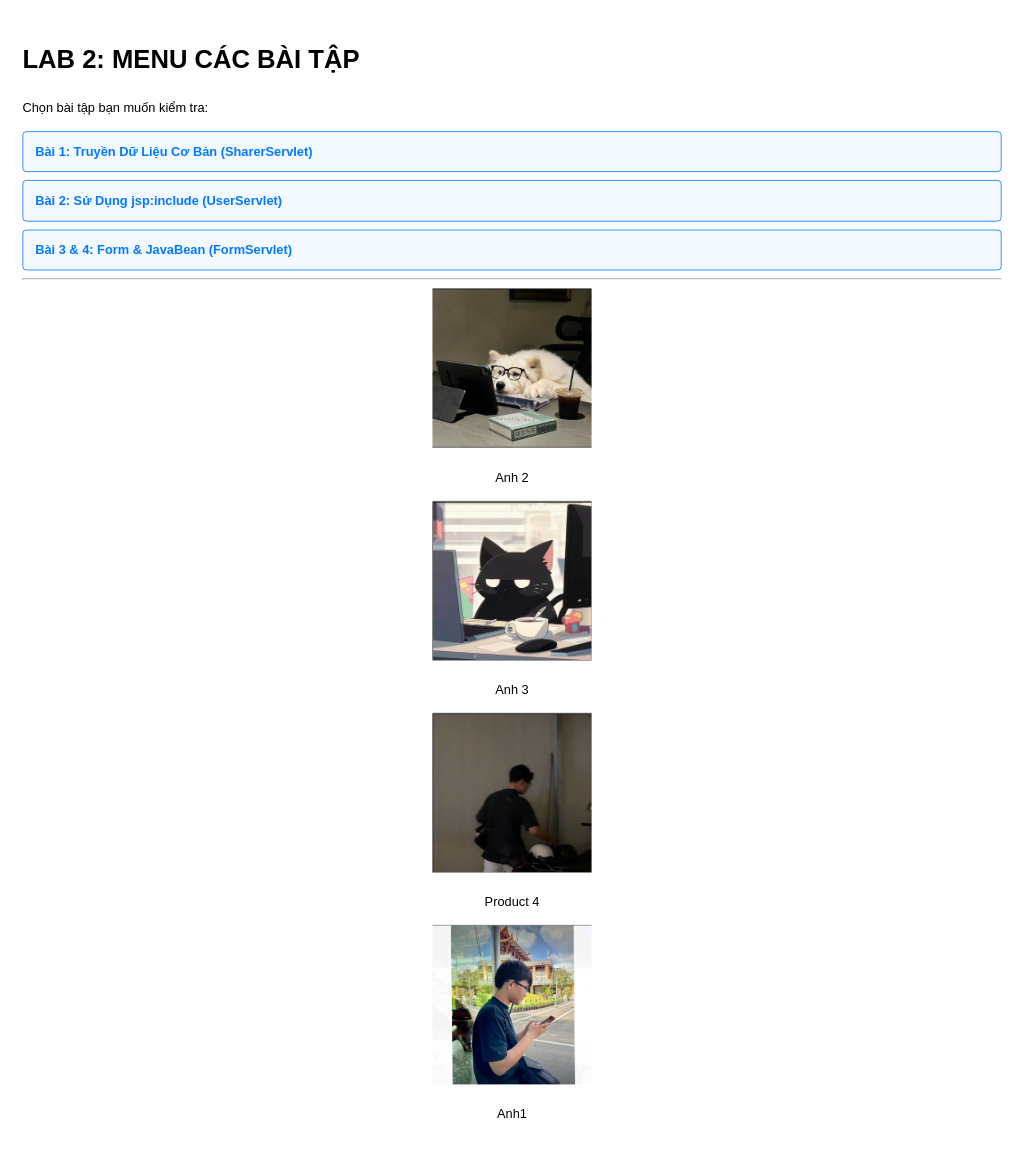
Repository: anhb287/Lab1_8_JAV101
Page: http://localhost/Lab2_TV00062_JAV101/index.jsp
The author's editor kept a copy of each file at every save. The page is drawn from the files as they stood at one save, then again after the next save.
The browser window is 1280 px wide. The pictures show the whole page, at 80% of full size.
The page is served by Tomcat 10. Other server files are loaded and not shown.

Above is the page before, as saved 2025-11-10 17:43:12.

### Lab2_TV00062_JAV101/src/main/webapp/index.jsp
<%@ page language="java" contentType="text/html; charset=UTF-8" pageEncoding="UTF-8"%>
<%@ taglib prefix="c" uri="http://java.sun.com/jsp/jstl/core" %>
<!DOCTYPE html>
<html>
<head>
    <meta charset="UTF-8">
    <title>LAB 2: Menu Điều Hướng</title>
    <style>
        body { font-family: Arial, sans-serif; line-height: 1.6; padding: 20px; }
        .menu-link {
            display: block;
            margin: 10px 0;
            padding: 12px 15px;
            border: 1px solid #007bff;
            border-radius: 5px;
            text-decoration: none;
            color: #007bff;
            background-color: #f4f8ff;
            font-weight: bold;
        }
        .menu-link:hover {
            background-color: #007bff;
            color: white;
        }
    </style>
</head>
<body>
    <h1>LAB 2: MENU CÁC BÀI TẬP</h1>
    <p>Chọn bài tập bạn muốn kiểm tra:</p>

    <div class="menu">
        <a href="sharer" class="menu-link">Bài 1: Truyền Dữ Liệu Cơ Bản (SharerServlet)</a>
        <a href="user" class="menu-link">Bài 2: Sử Dụng jsp:include (UserServlet)</a>
        <a href="form/update" class="menu-link">Bài 3 & 4: Form & JavaBean (FormServlet)</a>
    </div>
    <hr>

    <div class="item">
        <jsp:include page="item.jsp">
            <jsp:param name="name" value="Anh 2"/>
            <jsp:param name="img" value="anh2.png"/>
        </jsp:include>
    </div>

    <div class="item">
        <jsp:include page="item.jsp">
            <jsp:param name="name" value="Anh 3"/>
            <jsp:param name="img" value="anh3.png"/>
        </jsp:include >
    </div>

    <div class="item">
        <jsp:include page="item.jsp">
            <jsp:param name="name" value="Product 4"/>
            <jsp:param name="img" value="anh4.png"/>
        </jsp:include>
    </div>
      <div class="item">
        <jsp:include page="item.jsp">
            <jsp:param name="name" value="Anh1"/>
            <jsp:param name="img" value="Anh1.png"/>
        </jsp:include>
    </div>
</body>
</html>

### Lab2_TV00062_JAV101/src/main/webapp/item.jsp
<div class="div_item" style="margin: 10px; text-align:center;">
   <img src="/Lab2_TV00062_JAV101/img/${param.img}" width="200px" height="200px"/>
   <p>${param.name}</p>
</div>

After the next save:
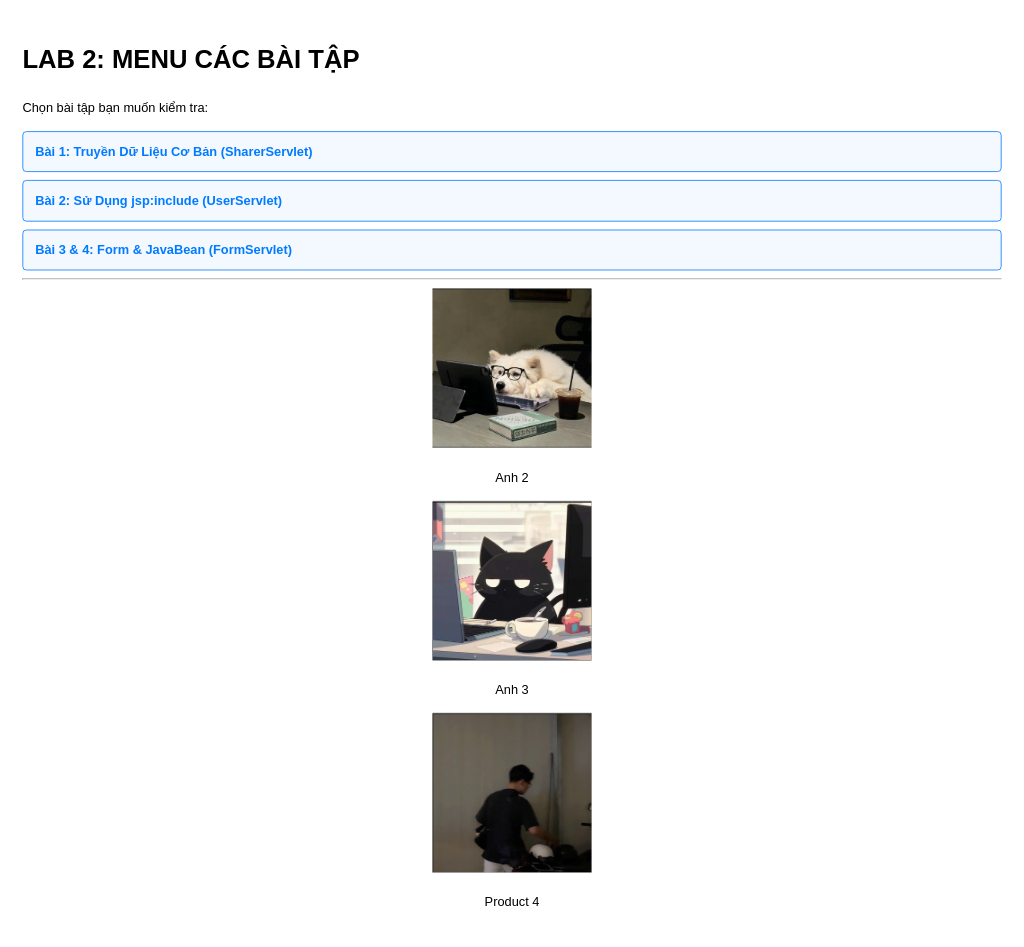
Saved 35 s later.
--- a/Lab2_TV00062_JAV101/src/main/webapp/index.jsp
+++ b/Lab2_TV00062_JAV101/src/main/webapp/index.jsp
@@ -55,11 +55,6 @@
             <jsp:param name="img" value="anh4.png"/>
         </jsp:include>
     </div>
-      <div class="item">
-        <jsp:include page="item.jsp">
-            <jsp:param name="name" value="Anh1"/>
-            <jsp:param name="img" value="Anh1.png"/>
-        </jsp:include>
-    </div>
+
 </body>
 </html>
